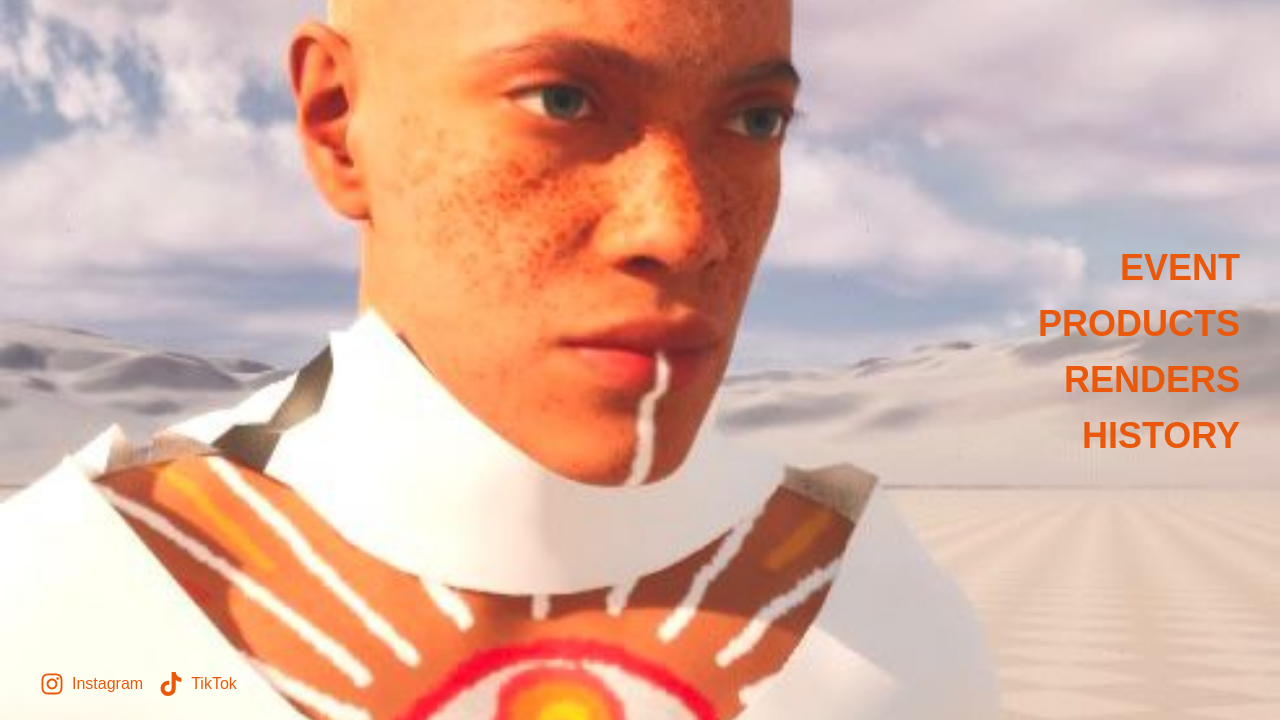
Repository: BOGARTCONCEPT/bogart-web
Page: /
These files come from the project's save history. The page is drawn as it stood at one moment and after the next save; the edit follows.
The browser window is 1280 px wide. The pictures show the whole page.
The project was rebuilt for these pictures with package versions that can differ from the ones it lists, and the page was loaded fresh each time. The framework's server and built-in components were replaced by stand-ins that run in the browser. Also part of the build but not shown: next.config.ts.

Above is the page before, as saved 2025-02-11 09:22:42.

### src/app/page.tsx
import HomeComponent from "@/components/HomeComponent";

export default function Home() {
  return (
    <HomeComponent />
  );
}

### src/components/HomeComponent.tsx
import { FontAwesomeIcon } from "@fortawesome/react-fontawesome"
import { faInstagram } from "@fortawesome/free-brands-svg-icons/faInstagram"
import { faTiktok } from "@fortawesome/free-brands-svg-icons/faTiktok"
import Link from "next/link"

const menuItems = [
  { text: "EVENT", url: "https://www.fourvenues.com/es/bogart", enabled: true },
  { text: "PRODUCTS", url: "/products", enabled: false },
  { text: "RENDERS", url: "/renders", enabled: false },
  { text: "HISTORY", url: "/history", enabled: false },
]

export default function HomeComponent() {
  return (
    <div
      className="relative min-h-screen flex flex-col font-geist"
      style={{
        backgroundImage: `url('/imgs/bogart3d.jpeg')`,
        backgroundSize: "cover",
        backgroundRepeat: "no-repeat",
        backgroundPosition: "center",
      }}
    >
      {/* Right side menu */}
      <div className="absolute right-10 top-1/2 transform -translate-y-1/2 text-right">
        {menuItems.map((item, index) => (
          <Link
            key={index}
            href={item.enabled ? item.url : ''}
            className="group block mb-4 text-4xl font-bold text-orange-600 hover:text-gray-700 transition-all duration-300 ease-in-out"
          >
            <span className="inline-block transform transition-all duration-300 ease-in-out group-hover:skew-x-12 group-hover:scale-90 origin-right">
              {item.text}
            </span>
          </Link>
        ))}
      </div>

      {/* Bottom social links */}
      <div className="mt-auto w-full flex justify-start items-end p-4 px-10 mb-2">
        <div className="flex space-x-4">
          <a
            href="https://www.instagram.com/bogartconcept/"
            target="_blank"
            rel="noopener noreferrer"
            className="flex items-center space-x-2 text-orange-600 hover:text-gray-700 transition-colors"
          >
            <FontAwesomeIcon icon={faInstagram} className="w-6 h-6" />
            <span>Instagram</span>
          </a>
          <a
            href="https://www.tiktok.com/@bogartconcept"
            target="_blank"
            rel="noopener noreferrer"
            className="flex items-center space-x-2 text-orange-600 hover:text-gray-700 transition-colors"
          >
            <FontAwesomeIcon icon={faTiktok} className="w-6 h-6" />
            <span>TikTok</span>
          </a>
        </div>
      </div>
    </div>
  )
}

Loaded but not shown: src/app/layout.tsx (common file); src/app/globals.css (common file); tailwind.config.ts (common file)

After the next save:
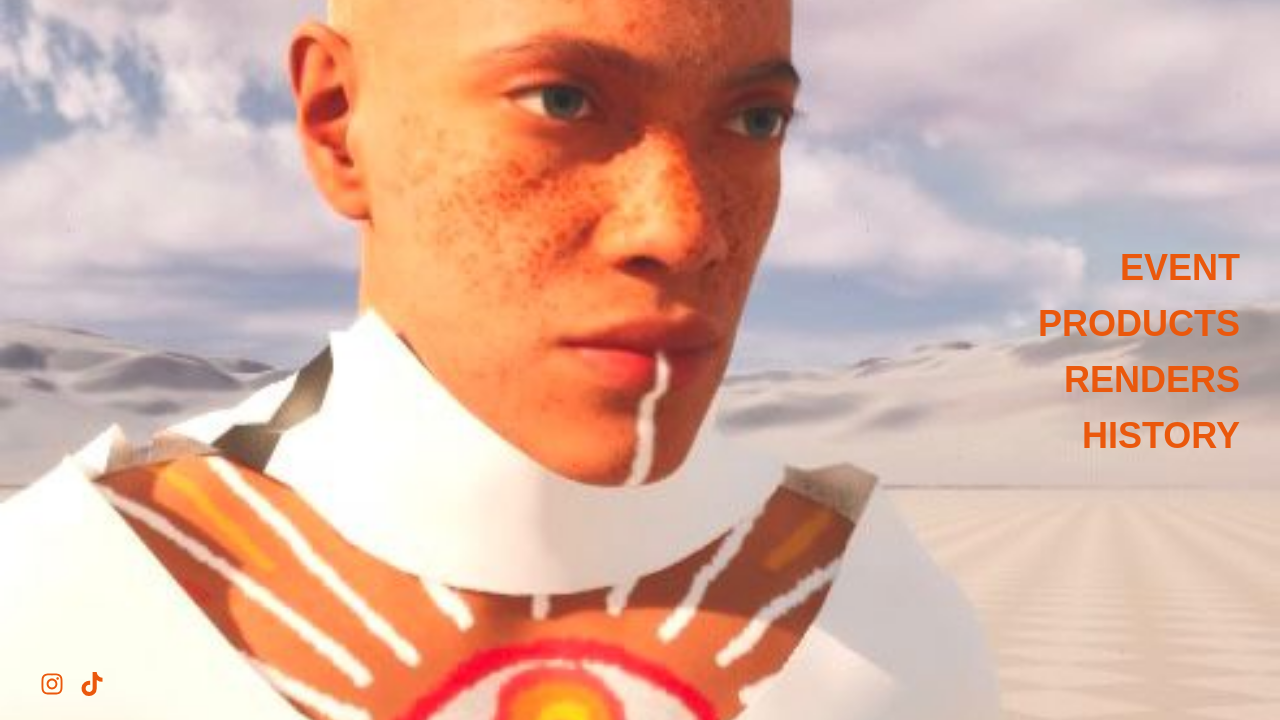
Saved 3 h 33 min later.
--- a/src/components/HomeComponent.tsx
+++ b/src/components/HomeComponent.tsx
@@ -46,7 +46,6 @@
             className="flex items-center space-x-2 text-orange-600 hover:text-gray-700 transition-colors"
           >
             <FontAwesomeIcon icon={faInstagram} className="w-6 h-6" />
-            <span>Instagram</span>
           </a>
           <a
             href="https://www.tiktok.com/@bogartconcept"
@@ -55,7 +54,6 @@
             className="flex items-center space-x-2 text-orange-600 hover:text-gray-700 transition-colors"
           >
             <FontAwesomeIcon icon={faTiktok} className="w-6 h-6" />
-            <span>TikTok</span>
           </a>
         </div>
       </div>
